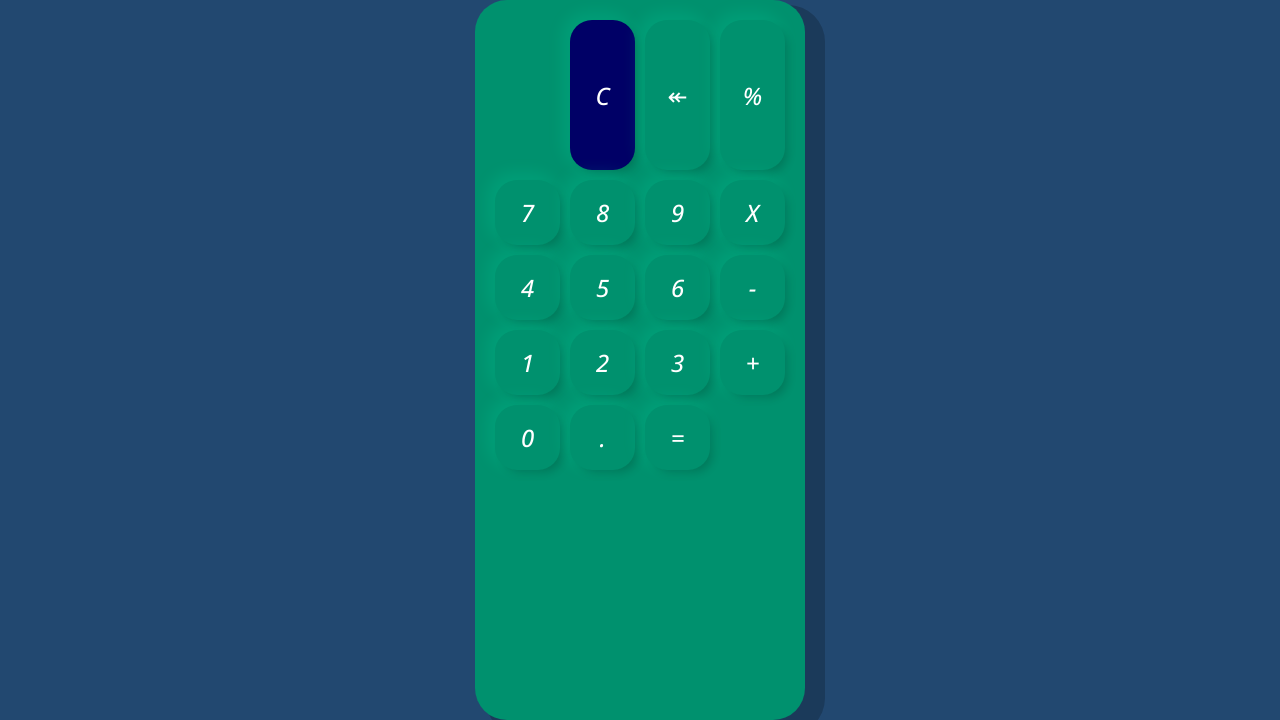
Repository: jhonenmanuel1/javaScript-calculator
Page: src/index.html
An editor plug-in stored every save of this project. The page is shown before and after the next save, followed by the edit.
The browser window is 1280 px wide. The pictures show the whole page.
The first visible `button` is being pressed.

Above is the page before, as saved 2022-08-02 23:30:14.

After the next save:
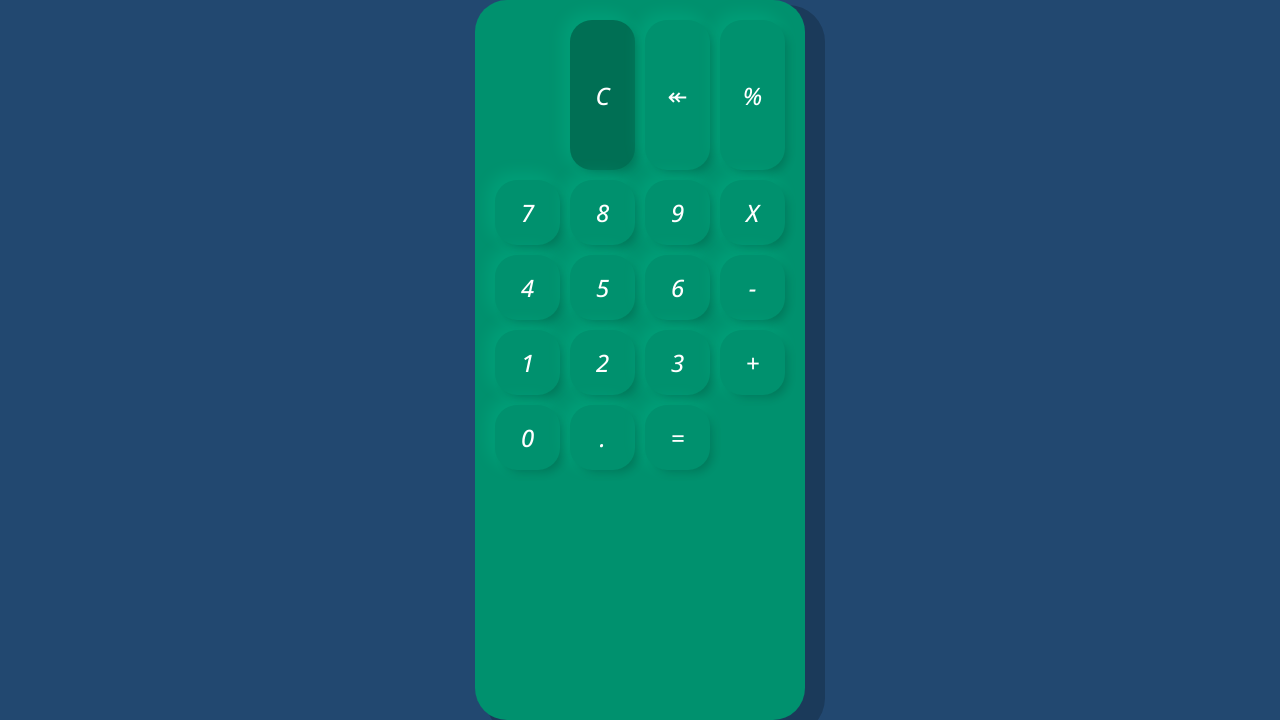
Saved 4 s later.
--- a/src/styles.css
+++ b/src/styles.css
@@ -34,5 +34,5 @@ button{
 
 }
 button:active{
-    background-color: #006;
+    background-color: #006f54;
 }
